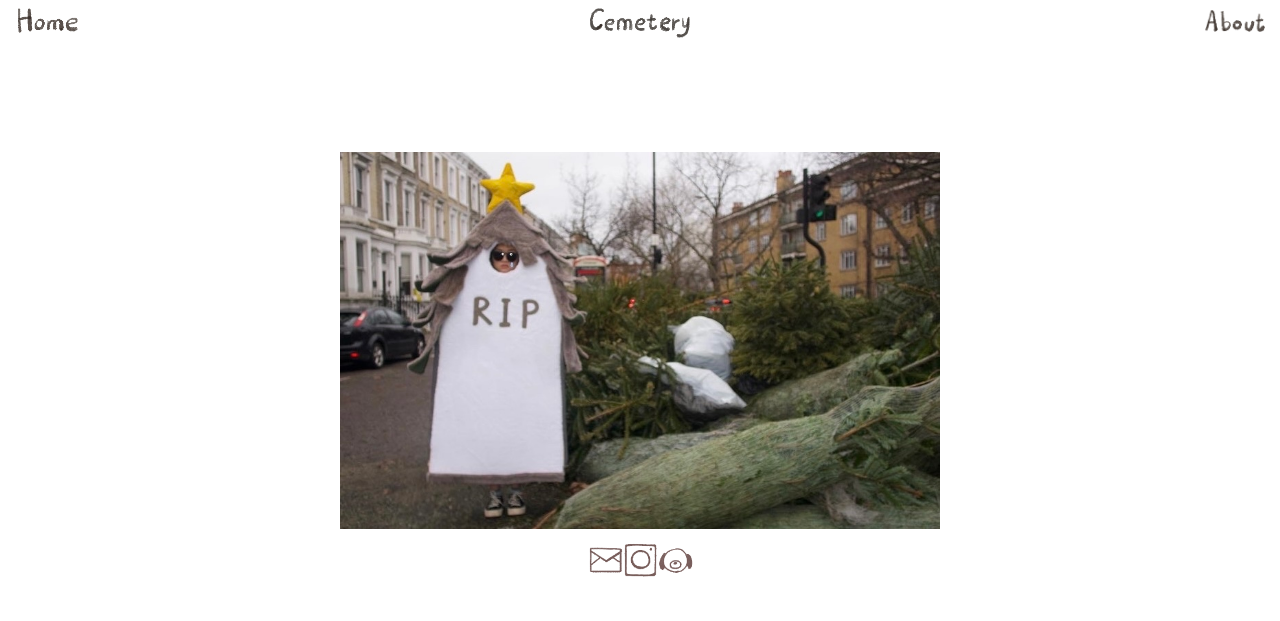
Repository: FuugaMo/ByeByeChristmasTree.github.io
Page: about.html
These files come from the project's save history. The page is drawn as it stood at one moment and after the next save; the edit follows.
The browser window is 1280 px wide. The pictures show the whole page.

Above is the page before, as saved 2023-08-02 09:34:19.

### about.html
<!DOCTYPE html>
<html lang="en">

<head>
    <meta charset="utf-8" />
    <link
        href="about.css"
        rel="stylesheet"
    />

</head>

<body>
    <!-- 顶部导航栏 -->
    <nav>
        <div
            class="home"
            style="width:60px; height:50px"
        >
            <img
                src="./Image/Home.png"
                width="60px"
            >
            <input
                type="button"
                onclick='location.href=("index.html")'
            />

        </div>

        <div
            class="cemetery"
            style="width: 100px;"
        >
            <img
                src="./Image/cemetery.png"
                class="cemetery"
                width="100px"
            >
            <input
                type="button"
                onclick='location.href=("cemetery.html")'
            />
        </div>

        <div
            class="about"
            style="width: 60px;"
        >
            <img
                src="./Image/about.png"
                width="60px"
            >
            <input
                type="button"
                onclick='location.href=("about.html")'
            />
        </div>

    </nav>

    <div id="content">
        <img src="./Image/About1.jpeg">
    </div>

    <div class="link">
        <a href="mailto:bagegoo@126.com">
            <img
                src="./Image/Mail.jpg"
                alt="Mail Icon"
            >
        </a>

        </a>
        <a href="https://www.instagram.com/bagegoo/">
            <img
                src="./Image/Ins.jpg"
                alt="Instagram Icon"
            >
        </a>
        <a href="https://bagegoo.com">
            <img
                src="./Image/Dog.jpg"
                alt="Website Icon"
            >
        </a>
    </div>

</body>

### about.css
/* 新增样式 */
#content {
    /* 居中 */
    margin: 0 auto;
    width: 600px;
}

#content img {
    width: 600px;
}

#content .text {
    flex: 1;
    padding-left: 20px;
}


/* 导航栏 */
.home {
    position: relative;
    display: -webkit-box;
    -webkit-box-pack: start;
    -webkit-box-align: start;
    -webkit-box-orient: start;
    text-align: center;
    margin-left: 10px;
    /* opacity: 0; */
}

.home input {
    cursor: url("光标.png"), auto;
    position: absolute;
    width: 60px;
    height: 25px;
    border: 0px;
    left: 0px;
    top: 0px;
    /* opacity: 0.5; */
    /* background-color: black; */
    background-color: transparent;
}

.cemetery {
    position: relative;
    margin: 0 auto;
    top: -25px;
}

.cemetery input {
    cursor: url("光标.png"), auto;
    position: relative;
    width: 100px;
    height: 60px;
    border: 0;
    top: -85px;
    /* opacity: 0.5; */
    /* background-color: black; */
    background-color: transparent;
}

.about {
    position: absolute;
    right: 15px;
    top: 10px;
}

p1,
p2,
p3 {
    font-family: "Gill Sans", sans-serif;
    font-size: large;
    color: gray;
}

.about input {
    cursor: url("光标.png"), auto;
    position: absolute;
    width: 60px;
    height: 25px;
    border: 0px;
    right: 1px;
    /* opacity: 0.5; */
    /* background-color: black; */
    background-color: transparent;

}

/* 导航栏结束 */

html {
    cursor: url("光标.png"), auto;
}

.link {
    margin-top: 10px;
    display: flex;
    justify-content: center;
    align-items: center;

}

.link a {
    margin: 0px;
    /* 可根据需要调整间距 */
}

.link img {
    width: 35px;
    height: 35px;
}

After the next save:
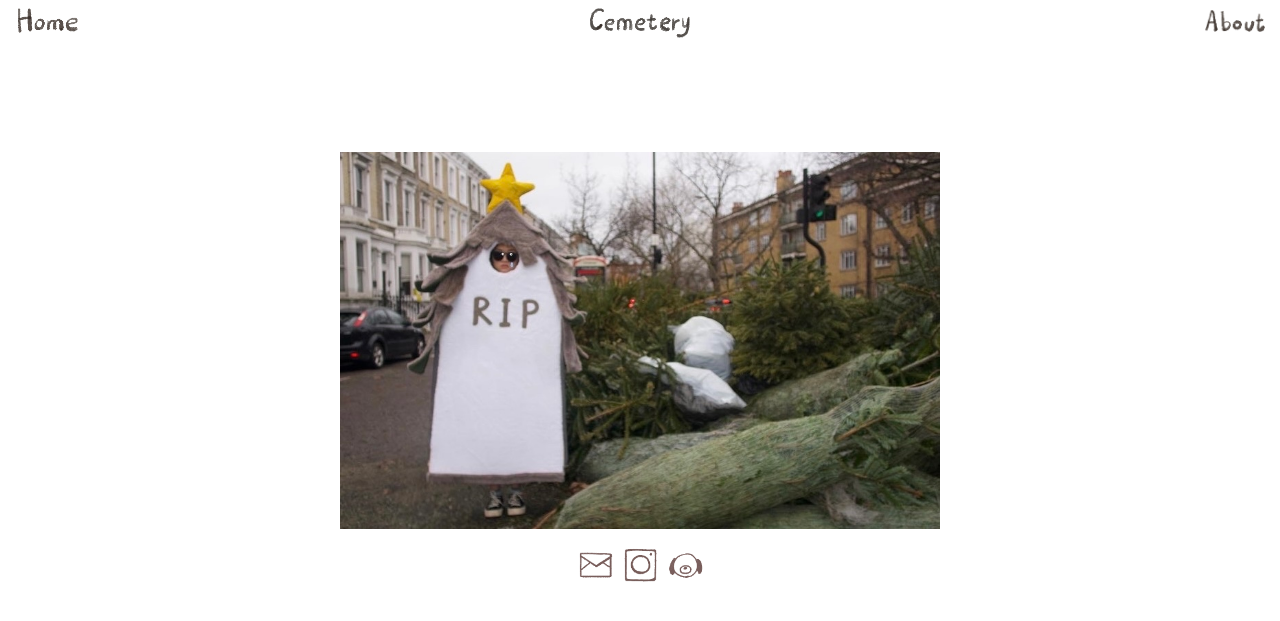
Saved 13 s later.
--- a/about.css
+++ b/about.css
@@ -100,7 +100,7 @@ html {
 }
 
 .link a {
-    margin: 0px;
+    margin: 5px;
     /* 可根据需要调整间距 */
 }
 
